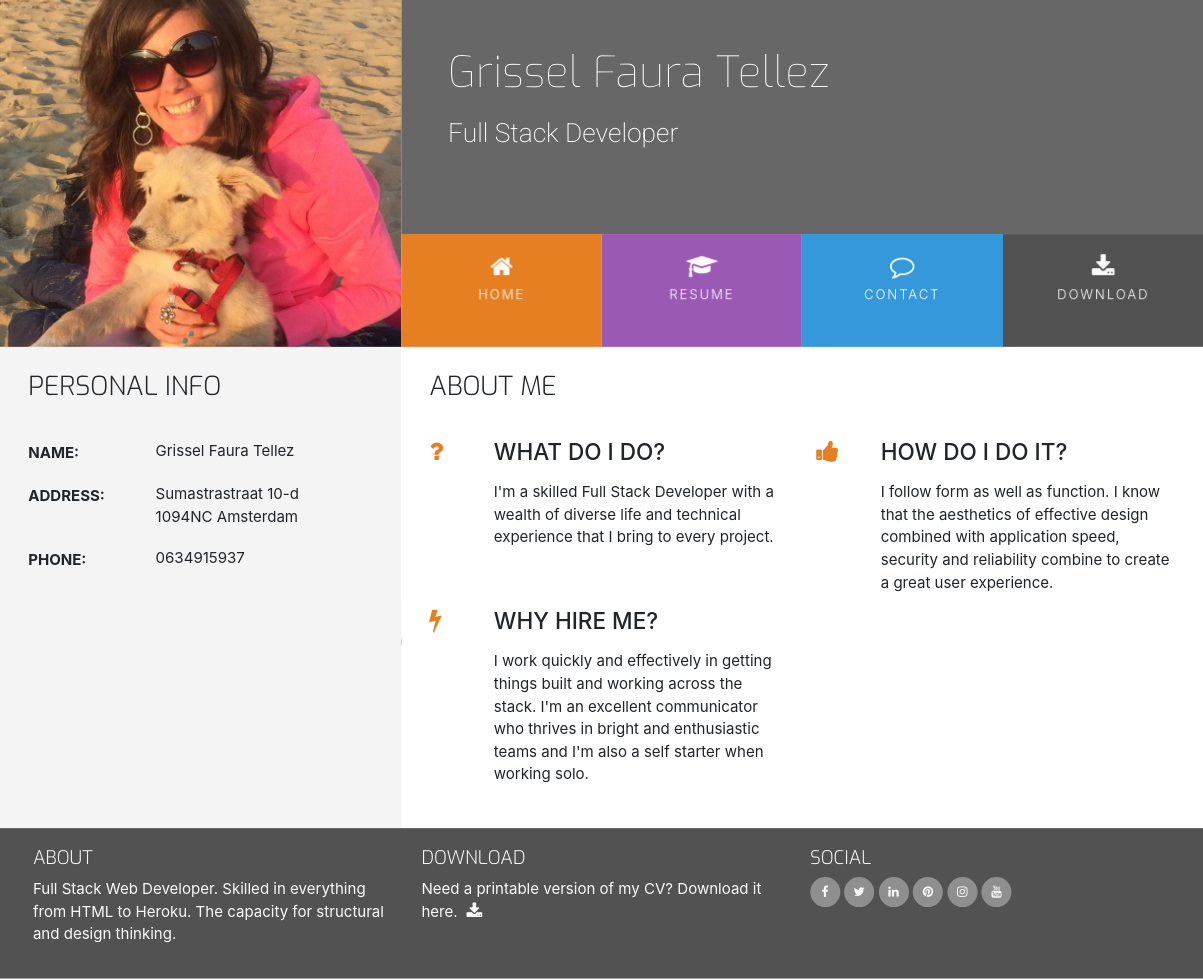
Repository: grisselfaura/Resume-Project-Introduction
Page: index.html
The author's editor kept a record of every edit. The page is drawn from the files as they stood at one moment, then again after the next edit.
The browser window is 1280 px wide. The pictures show the whole page, at 94% of full size.

Above is the page before.

After the next edit:
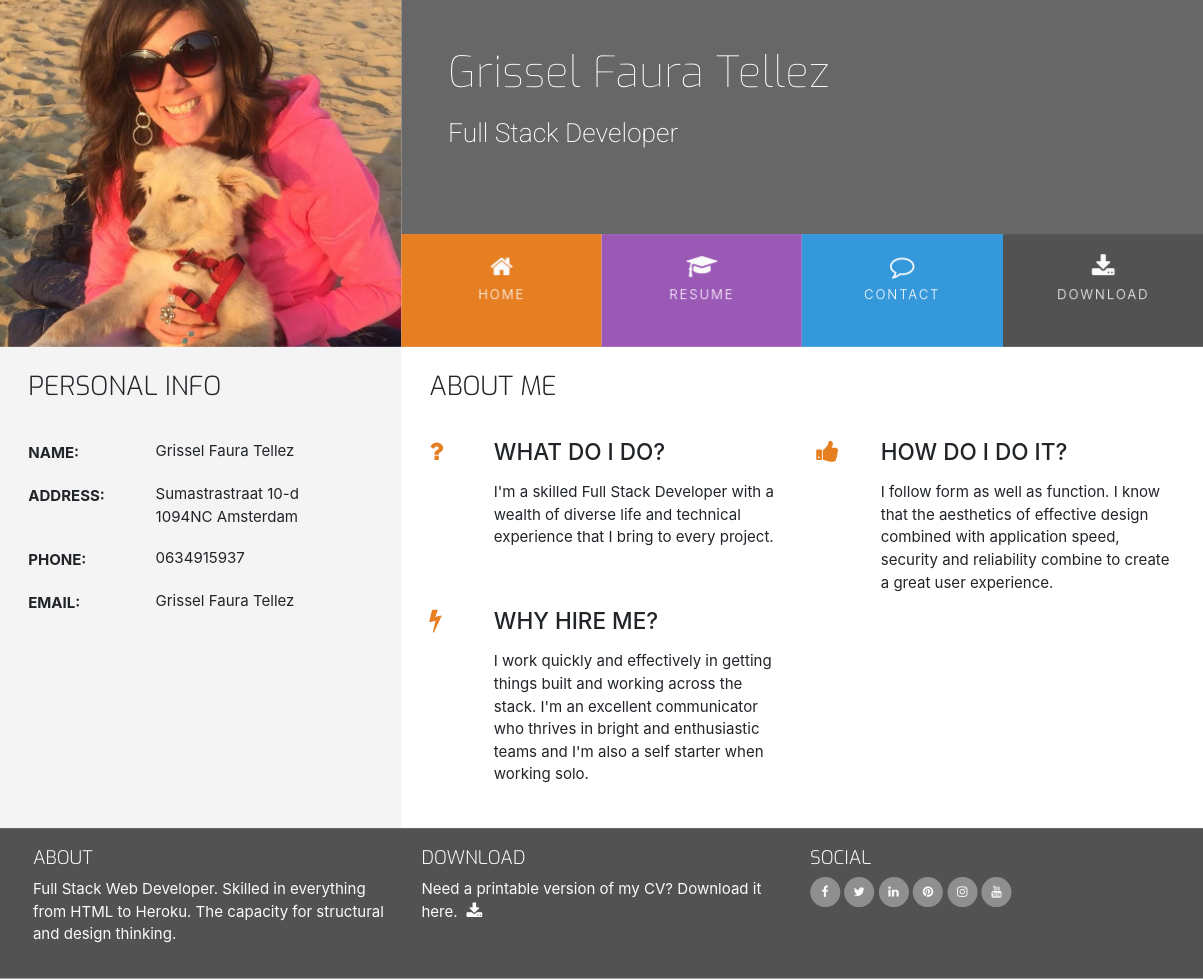
The edit:
--- a/index.html
+++ b/index.html
@@ -89,6 +89,19 @@
 
                     </div>
                 </div>
+                <div class="personal-info-item">
+                    <div class="key">
+                        <p class="uppercase">
+                            Email:
+                        </p>
+                    </div>
+                    <div class="value">
+                        <p>
+                         Grissel Faura Tellez
+                        </p>
+
+                    </div>
+                </div>
 
 
             </div>
